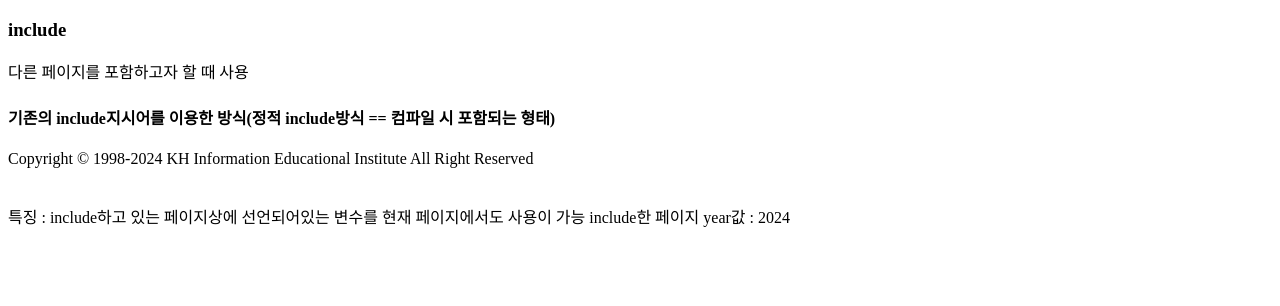
Repository: judeyong/myWebWorkSpace2
Page: http://localhost/Action_Project/views/StandardAction/01_include.jsp
The author's editor kept a copy of each file at every save. The page is drawn from the files as they stood at one save, then again after the next save.
The browser window is 1280 px wide. The pictures show the whole page.
The page is served by Tomcat 9. Other server files are loaded and not shown.

Above is the page before, as saved 2024-04-03 03:24:15.

### Action_Project/WebContent/views/StandardAction/01_include.jsp
<%@ page language="java" contentType="text/html; charset=UTF-8"
    pageEncoding="UTF-8"%>
<!DOCTYPE html>
<html>
<head>
<meta charset="UTF-8">
<title>Insert title here</title>
</head>
<body>

	<h3>include</h3>

	<p>
		다른 페이지를 포함하고자 할 때 사용
	</p>

	<h4>기존의 include지시어를 이용한 방식(정적 include방식 == 컴파일 시 포함되는 형태)</h4>

	<%@ include file="footer.jsp" %>
	<br><br>

	특징 : include하고 있는 페이지상에 선언되어있는 변수를 현재 페이지에서도 사용이 가능

	include한 페이지 year값 : <%= year %><br><br>



</body>
</html>

### Action_Project/WebContent/views/StandardAction/footer.jsp
<%@ page language="java" contentType="text/html; charset=UTF-8"
    pageEncoding="UTF-8"%>
    <%@ page import="java.text.SimpleDateFormat, java.util.Date" %>
<!DOCTYPE html>
<html>
<head>
<meta charset="UTF-8">
<title>나는 푸터야</title>
</head>
<body>
	<%
		// Date date = new Date();
		// 오늘 날짜
		// 오늘 날짜 기준으로 년도만 뽑아서 채워넣어야함
		// => SimpleDateFormat
		String year = new SimpleDateFormat("yyyy").format(new Date());
	%>

	Copyright © 1998-<%= year %> KH Information Educational Institute All Right Reserved

	<br>

</body>
</html>

After the next save:
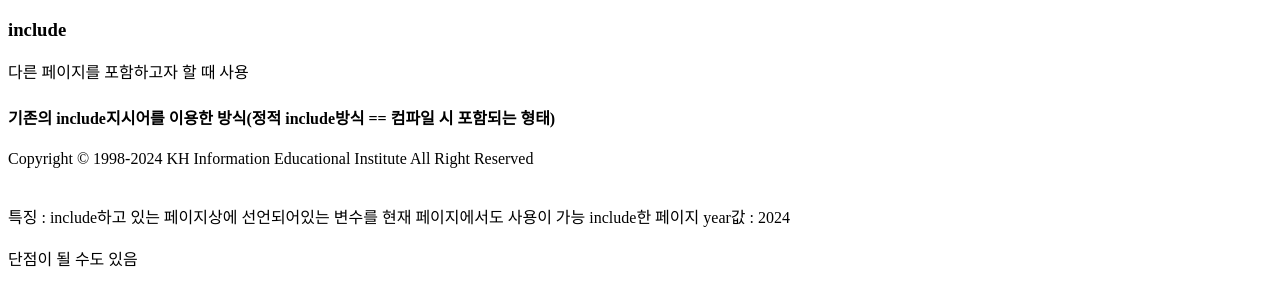
Saved 25 s later.
--- a/Action_Project/WebContent/views/StandardAction/01_include.jsp
+++ b/Action_Project/WebContent/views/StandardAction/01_include.jsp
@@ -23,6 +23,8 @@
 
 	include한 페이지 year값 : <%= year %><br><br>
 
+	단점이 될 수도 있음
+
 
 
 </body>
